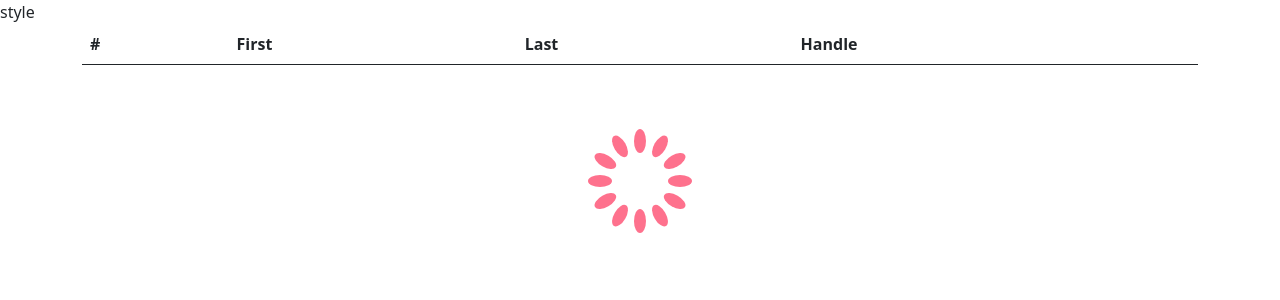
Repository: khanhbinh87/learnJs
Page: customSelect/index.html
The author's editor kept a copy of each file at every save. The page is drawn from the files as they stood at one save, then again after the next save.
The browser window is 1280 px wide. The pictures show the whole page.
The page's requests for data from a server got no answer.

Above is the page before, as saved 2021-06-17 09:59:16.

### customSelect/index.html
<!DOCTYPE html>
<html lang="en">
<head>
    <meta charset="UTF-8">
    <meta name="viewport" content="width=device-width, initial-scale=1.0">
    <title>Document</title>
    <!-- CSS only -->
    <link href="https://cdn.jsdelivr.net/npm/bootstrap@5.0.1/dist/css/bootstrap.min.css" rel="stylesheet" integrity="sha384-+0n0xVW2eSR5OomGNYDnhzAbDsOXxcvSN1TPprVMTNDbiYZCxYbOOl7+AMvyTG2x" crossorigin="anonymous">
    style
</head>
<body>
       <div class="container">
        <table class="table">
            <thead>
              <tr>
                <th scope="col">#</th>
                <th scope="col">First</th>
                <th scope="col">Last</th>
                <th scope="col">Handle</th>
              </tr>
            </thead>
            <tbody>
            </tbody>
          </table>
       </div>
       <div class="" id="loading">
        <svg xmlns="http://www.w3.org/2000/svg" xmlns:xlink="http://www.w3.org/1999/xlink" style="margin:auto;background:#fff;display:block;" width="200px" height="200px" viewBox="0 0 100 100" preserveAspectRatio="xMidYMid">
            <g transform="rotate(0 50 50)">
              <rect x="47" y="24" rx="3" ry="6" width="6" height="12" fill="#fe718d">
                <animate attributeName="opacity" values="1;0" keyTimes="0;1" dur="1s" begin="-0.9166666666666666s" repeatCount="indefinite"></animate>
              </rect>
            </g><g transform="rotate(30 50 50)">
              <rect x="47" y="24" rx="3" ry="6" width="6" height="12" fill="#fe718d">
                <animate attributeName="opacity" values="1;0" keyTimes="0;1" dur="1s" begin="-0.8333333333333334s" repeatCount="indefinite"></animate>
              </rect>
            </g><g transform="rotate(60 50 50)">
              <rect x="47" y="24" rx="3" ry="6" width="6" height="12" fill="#fe718d">
                <animate attributeName="opacity" values="1;0" keyTimes="0;1" dur="1s" begin="-0.75s" repeatCount="indefinite"></animate>
              </rect>
            </g><g transform="rotate(90 50 50)">
              <rect x="47" y="24" rx="3" ry="6" width="6" height="12" fill="#fe718d">
                <animate attributeName="opacity" values="1;0" keyTimes="0;1" dur="1s" begin="-0.6666666666666666s" repeatCount="indefinite"></animate>
              </rect>
            </g><g transform="rotate(120 50 50)">
              <rect x="47" y="24" rx="3" ry="6" width="6" height="12" fill="#fe718d">
                <animate attributeName="opacity" values="1;0" keyTimes="0;1" dur="1s" begin="-0.5833333333333334s" repeatCount="indefinite"></animate>
              </rect>
            </g><g transform="rotate(150 50 50)">
              <rect x="47" y="24" rx="3" ry="6" width="6" height="12" fill="#fe718d">
                <animate attributeName="opacity" values="1;0" keyTimes="0;1" dur="1s" begin="-0.5s" repeatCount="indefinite"></animate>
              </rect>
            </g><g transform="rotate(180 50 50)">
              <rect x="47" y="24" rx="3" ry="6" width="6" height="12" fill="#fe718d">
                <animate attributeName="opacity" values="1;0" keyTimes="0;1" dur="1s" begin="-0.4166666666666667s" repeatCount="indefinite"></animate>
              </rect>
            </g><g transform="rotate(210 50 50)">
              <rect x="47" y="24" rx="3" ry="6" width="6" height="12" fill="#fe718d">
                <animate attributeName="opacity" values="1;0" keyTimes="0;1" dur="1s" begin="-0.3333333333333333s" repeatCount="indefinite"></animate>
              </rect>
            </g><g transform="rotate(240 50 50)">
              <rect x="47" y="24" rx="3" ry="6" width="6" height="12" fill="#fe718d">
                <animate attributeName="opacity" values="1;0" keyTimes="0;1" dur="1s" begin="-0.25s" repeatCount="indefinite"></animate>
              </rect>
            </g><g transform="rotate(270 50 50)">
              <rect x="47" y="24" rx="3" ry="6" width="6" height="12" fill="#fe718d">
                <animate attributeName="opacity" values="1;0" keyTimes="0;1" dur="1s" begin="-0.16666666666666666s" repeatCount="indefinite"></animate>
              </rect>
            </g><g transform="rotate(300 50 50)">
              <rect x="47" y="24" rx="3" ry="6" width="6" height="12" fill="#fe718d">
                <animate attributeName="opacity" values="1;0" keyTimes="0;1" dur="1s" begin="-0.08333333333333333s" repeatCount="indefinite"></animate>
              </rect>
            </g><g transform="rotate(330 50 50)">
              <rect x="47" y="24" rx="3" ry="6" width="6" height="12" fill="#fe718d">
                <animate attributeName="opacity" values="1;0" keyTimes="0;1" dur="1s" begin="0s" repeatCount="indefinite"></animate>
              </rect>
            </g>
            </svg>
       </div>
</body>
        <script src="jquery.js"></script>
        <script src="ajax.js"></script>
</html>

### customSelect/ajax.js
$.ajax({
    type:"GET",
    dataType:"html",
    crossDomain:true,
    success:function(res){

        resApi(JSON.parse(res));


    },
    url:'https://jsonplaceholder.typicode.com/users',

})


function resApi(data){
    var xHTml = "";
    for(var i = 0; i < data.length ;i++){
        var car = data[i]
        xHTml = xHTml + `<tr>
            <td>${car.id}</td>
            <td>${car.name}</td>
            <td>${car.username}</td>
            <td>${car.email}</td>
      </tr>`
    }
    $('.table tbody').html(xHTml)
}

Loaded but not shown: customSelect/jquery.js (library)

After the next save:
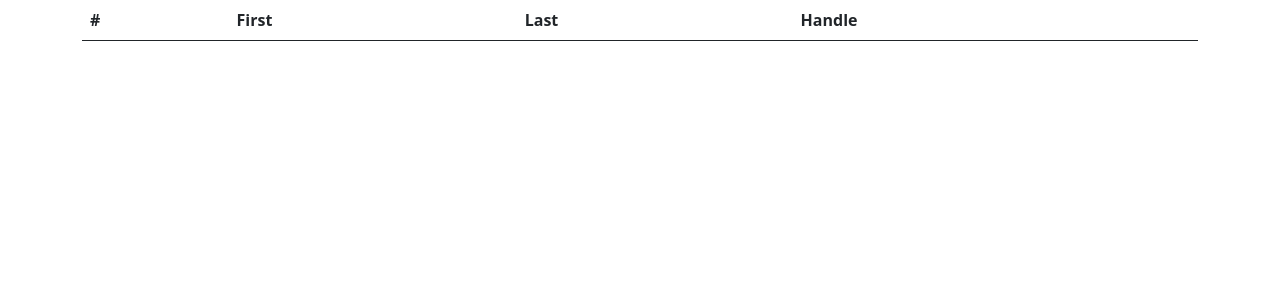
Saved 2 s later.
--- a/customSelect/index.html
+++ b/customSelect/index.html
@@ -6,7 +6,6 @@
     <title>Document</title>
     <!-- CSS only -->
     <link href="https://cdn.jsdelivr.net/npm/bootstrap@5.0.1/dist/css/bootstrap.min.css" rel="stylesheet" integrity="sha384-+0n0xVW2eSR5OomGNYDnhzAbDsOXxcvSN1TPprVMTNDbiYZCxYbOOl7+AMvyTG2x" crossorigin="anonymous">
-    style
 </head>
 <body>
        <div class="container">
@@ -24,57 +23,7 @@
           </table>
        </div>
        <div class="" id="loading">
-        <svg xmlns="http://www.w3.org/2000/svg" xmlns:xlink="http://www.w3.org/1999/xlink" style="margin:auto;background:#fff;display:block;" width="200px" height="200px" viewBox="0 0 100 100" preserveAspectRatio="xMidYMid">
-            <g transform="rotate(0 50 50)">
-              <rect x="47" y="24" rx="3" ry="6" width="6" height="12" fill="#fe718d">
-                <animate attributeName="opacity" values="1;0" keyTimes="0;1" dur="1s" begin="-0.9166666666666666s" repeatCount="indefinite"></animate>
-              </rect>
-            </g><g transform="rotate(30 50 50)">
-              <rect x="47" y="24" rx="3" ry="6" width="6" height="12" fill="#fe718d">
-                <animate attributeName="opacity" values="1;0" keyTimes="0;1" dur="1s" begin="-0.8333333333333334s" repeatCount="indefinite"></animate>
-              </rect>
-            </g><g transform="rotate(60 50 50)">
-              <rect x="47" y="24" rx="3" ry="6" width="6" height="12" fill="#fe718d">
-                <animate attributeName="opacity" values="1;0" keyTimes="0;1" dur="1s" begin="-0.75s" repeatCount="indefinite"></animate>
-              </rect>
-            </g><g transform="rotate(90 50 50)">
-              <rect x="47" y="24" rx="3" ry="6" width="6" height="12" fill="#fe718d">
-                <animate attributeName="opacity" values="1;0" keyTimes="0;1" dur="1s" begin="-0.6666666666666666s" repeatCount="indefinite"></animate>
-              </rect>
-            </g><g transform="rotate(120 50 50)">
-              <rect x="47" y="24" rx="3" ry="6" width="6" height="12" fill="#fe718d">
-                <animate attributeName="opacity" values="1;0" keyTimes="0;1" dur="1s" begin="-0.5833333333333334s" repeatCount="indefinite"></animate>
-              </rect>
-            </g><g transform="rotate(150 50 50)">
-              <rect x="47" y="24" rx="3" ry="6" width="6" height="12" fill="#fe718d">
-                <animate attributeName="opacity" values="1;0" keyTimes="0;1" dur="1s" begin="-0.5s" repeatCount="indefinite"></animate>
-              </rect>
-            </g><g transform="rotate(180 50 50)">
-              <rect x="47" y="24" rx="3" ry="6" width="6" height="12" fill="#fe718d">
-                <animate attributeName="opacity" values="1;0" keyTimes="0;1" dur="1s" begin="-0.4166666666666667s" repeatCount="indefinite"></animate>
-              </rect>
-            </g><g transform="rotate(210 50 50)">
-              <rect x="47" y="24" rx="3" ry="6" width="6" height="12" fill="#fe718d">
-                <animate attributeName="opacity" values="1;0" keyTimes="0;1" dur="1s" begin="-0.3333333333333333s" repeatCount="indefinite"></animate>
-              </rect>
-            </g><g transform="rotate(240 50 50)">
-              <rect x="47" y="24" rx="3" ry="6" width="6" height="12" fill="#fe718d">
-                <animate attributeName="opacity" values="1;0" keyTimes="0;1" dur="1s" begin="-0.25s" repeatCount="indefinite"></animate>
-              </rect>
-            </g><g transform="rotate(270 50 50)">
-              <rect x="47" y="24" rx="3" ry="6" width="6" height="12" fill="#fe718d">
-                <animate attributeName="opacity" values="1;0" keyTimes="0;1" dur="1s" begin="-0.16666666666666666s" repeatCount="indefinite"></animate>
-              </rect>
-            </g><g transform="rotate(300 50 50)">
-              <rect x="47" y="24" rx="3" ry="6" width="6" height="12" fill="#fe718d">
-                <animate attributeName="opacity" values="1;0" keyTimes="0;1" dur="1s" begin="-0.08333333333333333s" repeatCount="indefinite"></animate>
-              </rect>
-            </g><g transform="rotate(330 50 50)">
-              <rect x="47" y="24" rx="3" ry="6" width="6" height="12" fill="#fe718d">
-                <animate attributeName="opacity" values="1;0" keyTimes="0;1" dur="1s" begin="0s" repeatCount="indefinite"></animate>
-              </rect>
-            </g>
-            </svg>
+
        </div>
 </body>
         <script src="jquery.js"></script>
